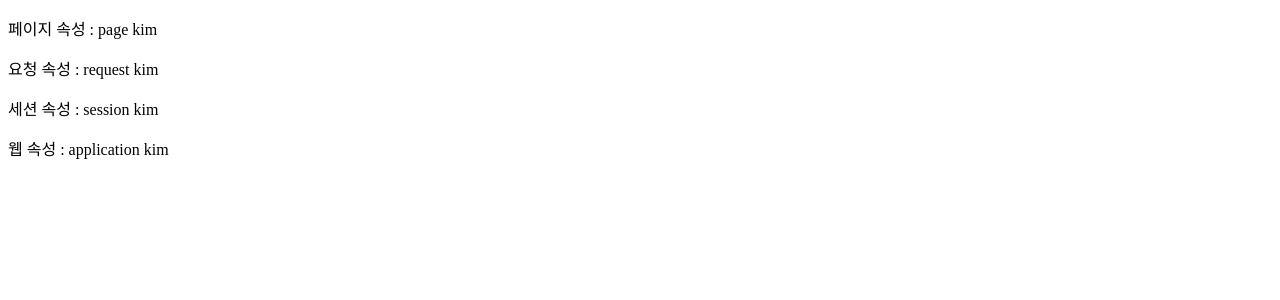
Repository: s00ngle/SSAFY-BE
Page: http://localhost/basic_jsp/FirstScope.jsp
The author's editor kept a copy of each file at every save. The page is drawn from the files as they stood at one save, then again after the next save.
The browser window is 1280 px wide. The pictures show the whole page.
The page is served by Tomcat 10.

Above is the page before, as saved 2024-09-24 02:58:15.

After the next save:
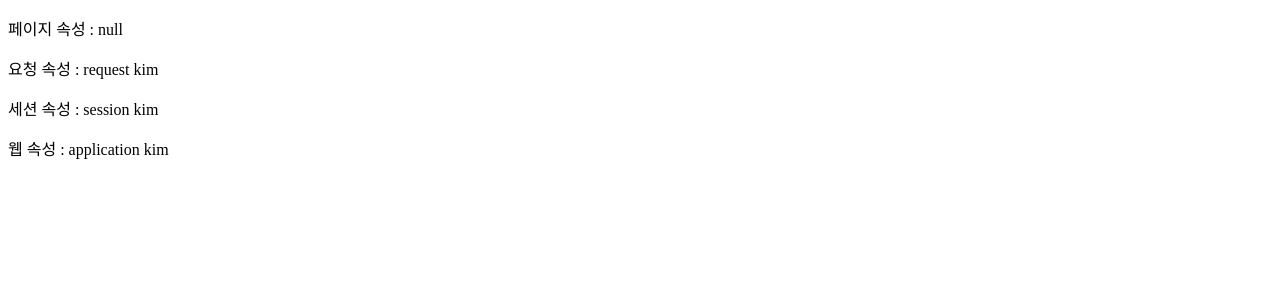
Saved 14 s later.
--- a/basic_jsp/src/main/webapp/FirstScope.jsp
+++ b/basic_jsp/src/main/webapp/FirstScope.jsp
@@ -13,7 +13,7 @@
 		session.setAttribute("name", "session kim");
 		application.setAttribute("name", "application kim");
 
-		request.getRequestDispatcher("SecondScope.jsp");
+		request.getRequestDispatcher("SecondScope.jsp").forward(request, response);
 	%>
 	<p>페이지 속성 : <%= pageContext.getAttribute("name") %> </p>
 	<p>요청 속성 : <%= request.getAttribute("name") %> </p>

After the save that followed:
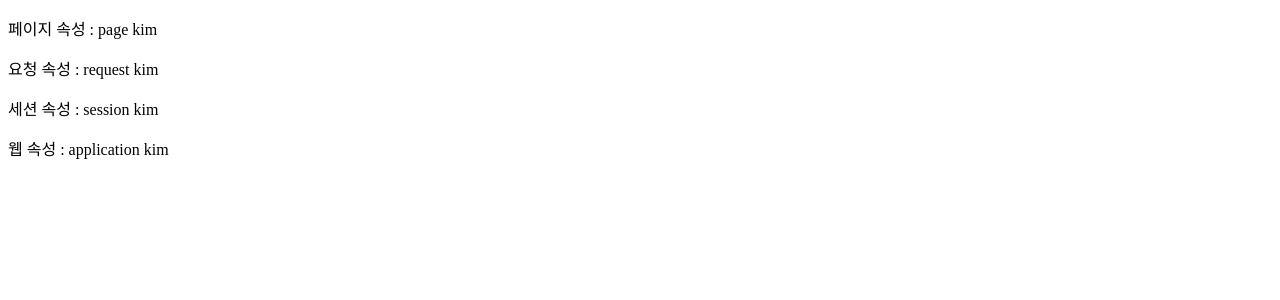
Saved 66 s later.
--- a/basic_jsp/src/main/webapp/FirstScope.jsp
+++ b/basic_jsp/src/main/webapp/FirstScope.jsp
@@ -13,7 +13,7 @@
 		session.setAttribute("name", "session kim");
 		application.setAttribute("name", "application kim");
 
-		request.getRequestDispatcher("SecondScope.jsp").forward(request, response);
+		request.getRequestDispatcher("SecondScope.jsp");
 	%>
 	<p>페이지 속성 : <%= pageContext.getAttribute("name") %> </p>
 	<p>요청 속성 : <%= request.getAttribute("name") %> </p>
